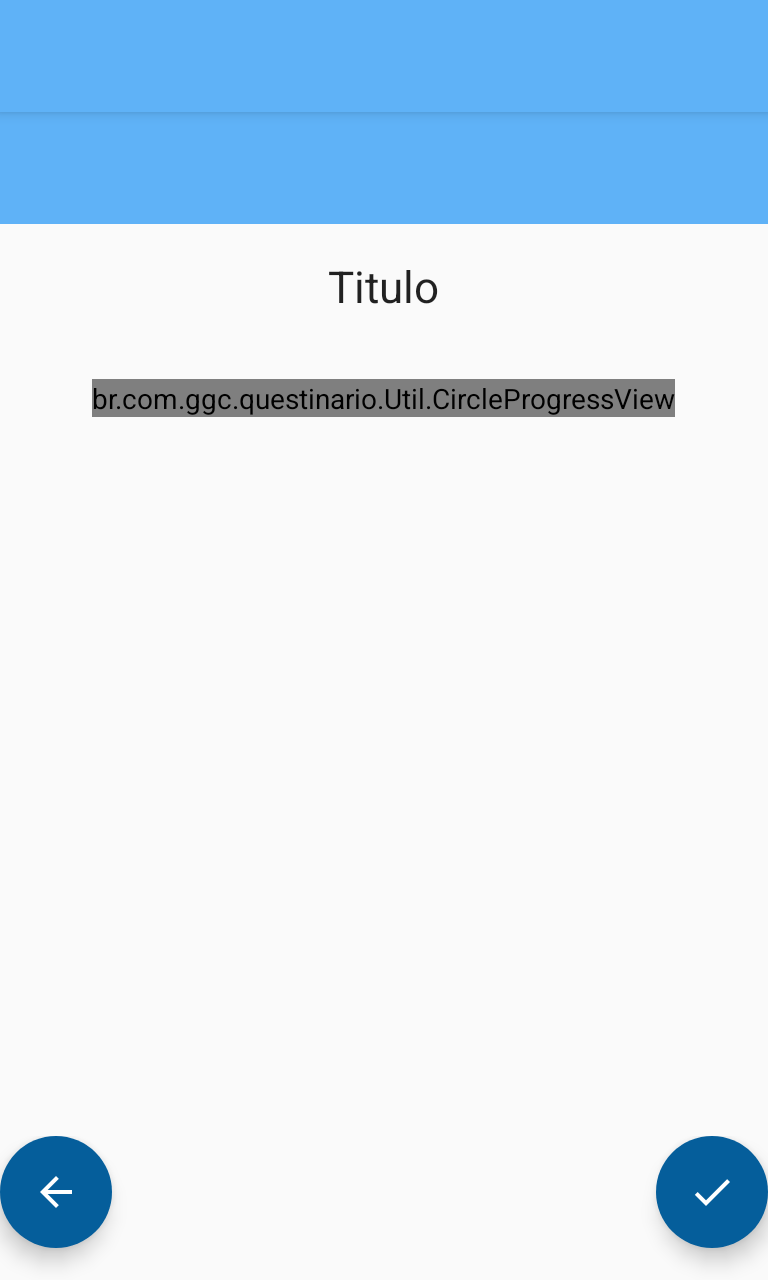
Repository: Gilson-Android/Questionario_App
Layout: Questinario/res/layout/activity_principal.xml
The author's editor kept a copy of each file at every save. The layout is drawn from the files as they stood at one save, then again after a run of saves.
Pictures or frames that could not be fetched are drawn as grey boxes. It is drawn on a 768 x 1280 px phone screen (xhdpi) without system bars, with theme AppTheme; the app's code is not run.

Above is the layout before, as saved 2015-09-03 21:51:41.

### Questinario/res/layout/activity_principal.xml
<LinearLayout xmlns:android="http://schemas.android.com/apk/res/android"
    xmlns:app="http://schemas.android.com/apk/res/br.com.ggc.questinario"
    android:layout_width="fill_parent"
    android:layout_height="fill_parent"
    android:orientation="vertical" >

    <include
        android:id="@+id/toolbar"
        layout="@layout/tool_bar" >
    </include>

    <android.support.design.widget.TabLayout
        android:id="@+id/tab_layout"
        android:layout_width="match_parent"
        android:layout_height="wrap_content"
        android:layout_below="@+id/toolbar"
        android:minHeight="?attr/actionBarSize"
        android:theme="@style/ThemeOverlay.AppCompat.Dark.ActionBar"
        android:background="@color/Azul_Claro"
        app:tabGravity="fill"
        app:tabMode="scrollable" />

    <LinearLayout
        android:id="@+id/llQuetionario"
        android:layout_width="fill_parent"
        android:layout_height="0dp"
        android:layout_weight="1"
        android:orientation="vertical" >

        <TextView
            android:id="@+id/textCategoria"
            android:theme="@style/AppTheme"
            android:layout_width="wrap_content"
            android:layout_height="wrap_content"
            android:layout_gravity="center"
            android:layout_marginBottom="@dimen/activity_vertical_margin"
            android:layout_marginLeft="@dimen/activity_horizontal_margin"
            android:layout_marginRight="@dimen/activity_horizontal_margin"
            android:layout_marginTop="@dimen/activity_vertical_margin"
            android:text="Titulo"
            android:textAppearance="?android:attr/textAppearanceLarge" />

        <LinearLayout
            android:id="@+id/llEnvio"
            android:layout_width="fill_parent"
            android:layout_height="fill_parent"
            android:visibility="gone"
            android:orientation="vertical" >

            <android.support.design.widget.TextInputLayout
                android:id="@+id/text_Nome"
                android:layout_width="match_parent"
                android:layout_height="wrap_content" >
                <EditText
                    android:id="@+id/edNome"
                    android:layout_width="match_parent"
                    android:layout_height="wrap_content"
                    android:textColor="@color/Azul"
                	android:textColorHint="@color/Azul_Claro"
                    android:hint="Nome" />
            </android.support.design.widget.TextInputLayout>

            <android.support.design.widget.TextInputLayout
                android:id="@+id/text_email"
                android:layout_width="match_parent"
                android:layout_height="wrap_content" >
                <EditText
                    android:id="@+id/edEmail"
                    android:layout_width="match_parent"
                    android:layout_height="wrap_content"
                    android:hint="Email"
                    android:textColor="@color/Azul"
                	android:textColorHint="@color/Azul_Claro"
                    android:inputType="textEmailAddress" />
            </android.support.design.widget.TextInputLayout>
        </LinearLayout>

        <br.com.ggc.questinario.Util.CircleProgressView
            android:id="@+id/circleView"
            android:layout_width="wrap_content"
            android:layout_height="wrap_content"
            android:layout_gravity="center"
            android:layout_marginBottom="@dimen/activity_vertical_margin"
            android:layout_marginLeft="@dimen/activity_horizontal_margin"
            android:layout_marginRight="@dimen/activity_horizontal_margin"
            android:layout_marginTop="@dimen/activity_vertical_margin"
            android:max="10"
            app:seekMode="true"
            app:showUnit="false" >
        </br.com.ggc.questinario.Util.CircleProgressView>
    </LinearLayout>

    <LinearLayout
        android:layout_width="fill_parent"
        android:layout_height="wrap_content" >

        <android.support.design.widget.FloatingActionButton
            xmlns:app="http://schemas.android.com/apk/res-auto"
            android:id="@+id/fabVoltar"
            android:layout_width="wrap_content"
            android:layout_height="wrap_content"
            android:layout_gravity="left|bottom"
            android:layout_marginBottom="16dp"
            android:onClick="onClickFabVoltar"
            android:src="@drawable/ic_voltar_branco_48dp"
            android:tint="@android:color/white"
            app:borderWidth="0dp" />

        <LinearLayout
            android:layout_width="0dp"
            android:layout_height="wrap_content"
            android:layout_weight="1" >
        </LinearLayout>

        <android.support.design.widget.FloatingActionButton
            xmlns:app="http://schemas.android.com/apk/res-auto"
            android:id="@+id/fabProximo"
            android:layout_width="wrap_content"
            android:layout_height="wrap_content"
            android:layout_gravity="right|bottom"
            android:layout_marginBottom="16dp"
            android:onClick="onClickFabProximo"
            android:src="@drawable/ic_concluido_ordem"
            android:tint="@android:color/white"
            app:borderWidth="0dp" />
    </LinearLayout>

</LinearLayout>

### Questinario/res/values/styles.xml
<?xml version="1.0" encoding="utf-8"?>
<resources xmlns:android="http://schemas.android.com/apk/res/android">

    <style name="AppTheme" parent="@style/Theme.AppCompat.Light.NoActionBar">
        <item name="colorPrimary">@color/Azul_Claro</item>
        <item name="colorPrimaryDark">@color/colorPrimaryDark</item>
        <item name="colorAccent">@color/Azul</item>


    </style>

</resources>

### Questinario/res/values/color.xml
<?xml version="1.0" encoding="utf-8"?>
<resources>

    <color name="Azul_Claro">#5fb2f7</color>
    <color name="Azul"> #055e9b</color>
    <color name="light_gray_header_color">#646663</color>
     <color name="colorControlNormal">#25638e</color>
     <color name="colorPrimaryDark">#8bcdfb</color>

</resources>

### Questinario/res/layout/tool_bar.xml
<?xml version="1.0" encoding="utf-8"?>
<android.support.v7.widget.Toolbar xmlns:android="http://schemas.android.com/apk/res/android"
    android:layout_width="match_parent"
    android:layout_height="wrap_content"
    app:titleTextColor="@android:color/white"
    android:background="@color/Azul_Claro"
    android:theme="@style/ThemeOverlay.AppCompat.Dark"
    android:elevation="4dp"
    xmlns:app="http://schemas.android.com/apk/res/br.com.ggc.questinario">

</android.support.v7.widget.Toolbar>

Loaded but not shown: Questinario/res/values/dimens.xml (common file); Questinario/res/values-w820dp/dimens.xml (common file)

After the next 2 saves:
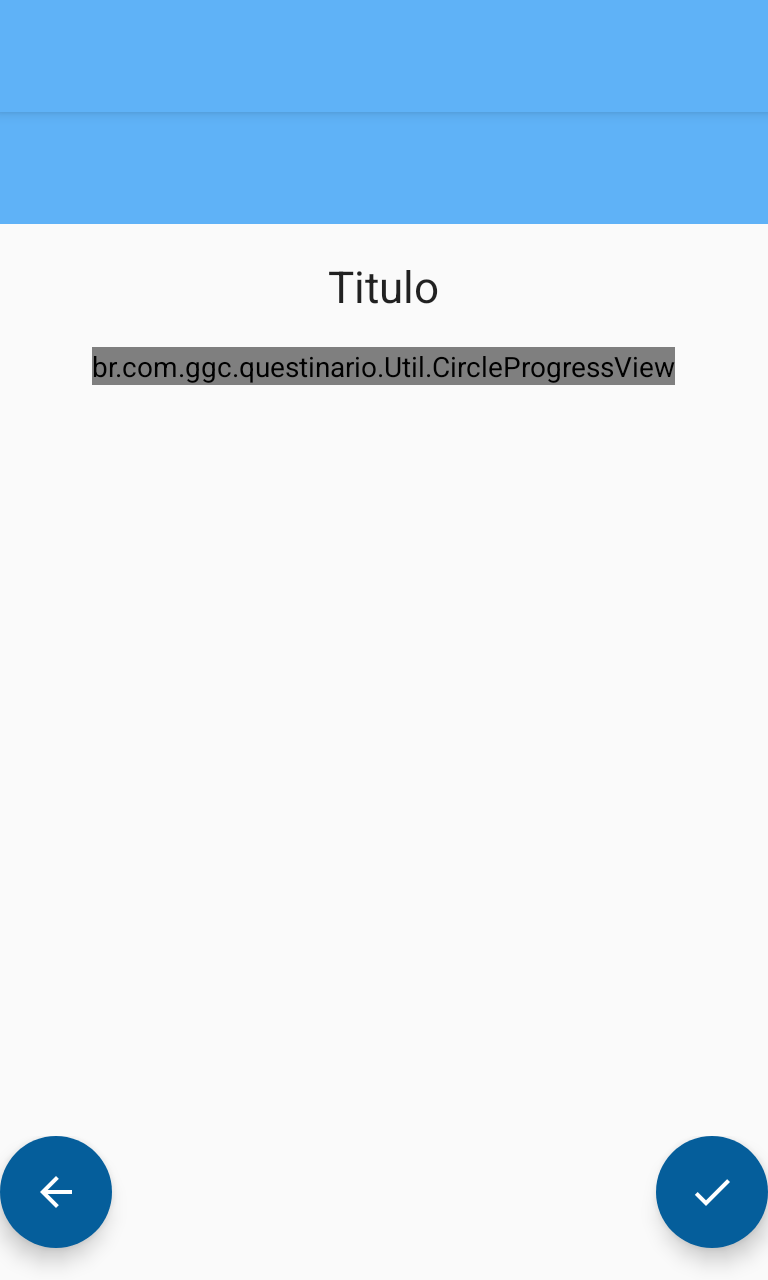
The 2 saves are shown as one change because they came seconds apart.
The last was saved 2 min 24 s later.
--- a/Questinario/res/layout/activity_principal.xml
+++ b/Questinario/res/layout/activity_principal.xml
@@ -80,10 +80,16 @@
             android:layout_width="wrap_content"
             android:layout_height="wrap_content"
             android:layout_gravity="center"
-            android:layout_marginBottom="@dimen/activity_vertical_margin"
-            android:layout_marginLeft="@dimen/activity_horizontal_margin"
-            android:layout_marginRight="@dimen/activity_horizontal_margin"
-            android:layout_marginTop="@dimen/activity_vertical_margin"
+          	app:contourSize="0dp"
+        	app:rimWidth="35dp"
+        	app:rimColor="#B2DFDB"
+        	app:barWidth="35dp"
+        	app:barColor="#00796B"
+        	app:showUnit="true"
+       		app:unit="%"
+        	app:unitColor="#009688"
+        	app:textColor="#00796B"
+       		app:seekMode="true"
             android:max="10"
             app:seekMode="true"
             app:showUnit="false" >
